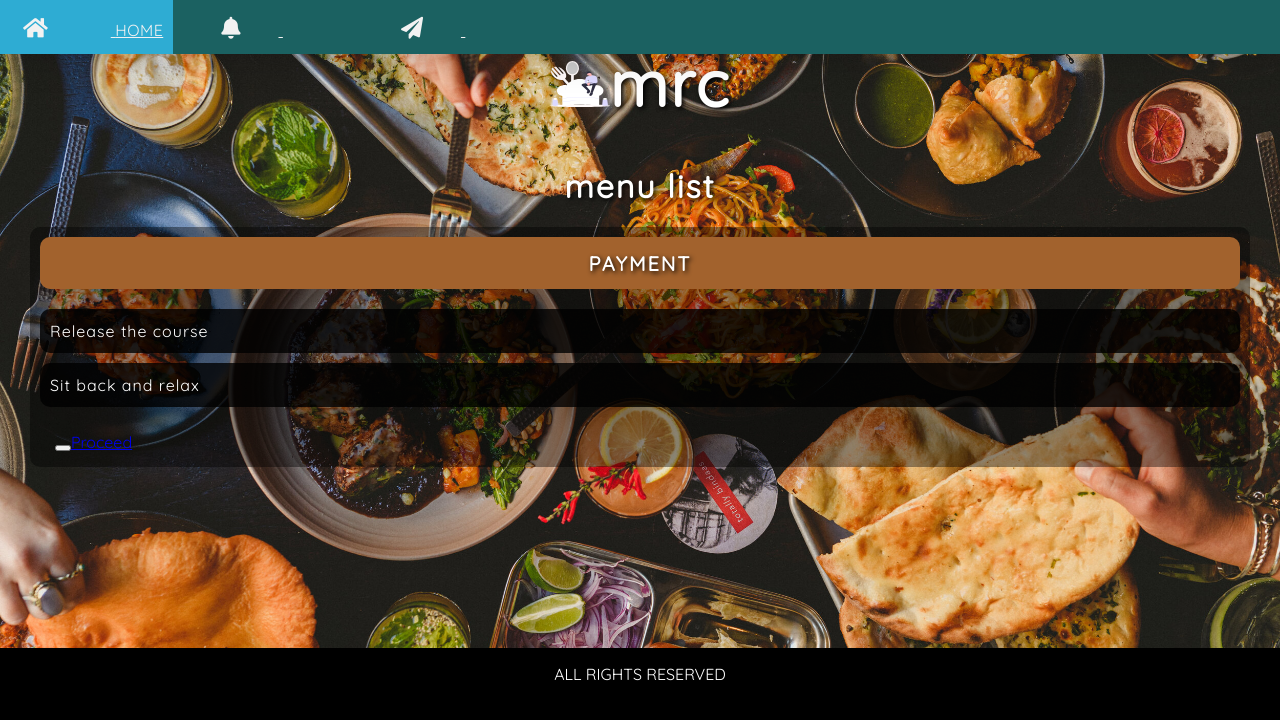
Repository: Anasooya2601/drag-and-drop
Page: home.html
An editor plug-in stored every save of this project. The page is shown before and after the next save, followed by the edit.
The browser window is 1280 px wide. The pictures show the whole page.
Some web libraries are served in a nearby version.

Above is the page before, as saved 2021-02-15 23:34:30.
Console error: TypeError: Cannot set properties of null (setting 'textContent')

### home.html
<!DOCTYPE html>
<html lang="en">
<head>
    <meta charset="UTF-8">
    <meta name="viewport" content="width=device-width, initial-scale=1.0">
    <title>mrc</title>
    <link rel="icon" type="image/png" href="favicon.png">
    <link rel="stylesheet" href="style.css">
    <link rel="stylesheet"
      href="https://use.fontawesome.com/releases/v5.8.1/css/all.css"
      integrity="sha384-50oBUHEmvpQ+1lW4y57PTFmhCaXp0ML5d60M1M7uH2+nqUivzIebhndOJK28anvf"
      crossorigin="anonymous">
</head>
<body>
    <h1 class="main-title1"> <img src="mrc.svg" width="60px" alt="" srcset="">mrc</h1>

    <h1 class="main-title">menu list</h1>
    <!-- NAV -->
<nav>
    <ul>
        <li>
            <a href="#">
                <i class="fas fa-home"></i>
                <span>HOME</span>
            </a>
        </li>
        <li>
            <a href="alerts.html">
                <i class="fas fa-bell"></i>
                <span>ALERTS</span>
            </a>
        </li>
        <li>
            <a href="chat.html">
                <i class="fas fa-paper-plane"></i>
                <span>CHAT</span>
            </a>
        </li>
    </ul>
</nav>
<div class="drag-container">
    <ul class="drag-list">
        <!-- Backlog Column -->
        <li class="drag-column backlog-column">
            <span class="header">
                <h1>PAYMENT</h1>
            </span>
            <!-- Backlog Content -->
            <div id="backlog-content" class="custom-scroll">
                <ul class="drag-item-list" id="backlog-list" ondrop="drop(event)" ondragover="allowDrop(event)" ondragenter="dragEnter(0)"></ul>
            </div>
            <div class="add-btn-group">
                <!-- <div class="add-btn" onclick="showInputBox(1)">
                    <span class="plus-sign">+</span>
                    <span>Add Item</span>
                </div> -->
                <div class="add-btn" onclick="showInputBox(1)">
                    <span class="plus-sign"></span>
                    <a href="payment.html"><button type="button"></button><span>Proceed</span></button></a>
                </div>
            </div>









        </li>
    </ul>
</div>
















    <!-- FOOTER -->
    <div class="footer">
        <p>ALL RIGHTS RESERVED</p>
      </div>
        <!-- Script -->
        <script src="script.js"></script>
</body>
</html>

### style.css
/* Trees Image - Pexels: https://www.pexels.com/photo/photo-of-trees-in-forest-3801030/ */
@import url("https://fonts.googleapis.com/css?family=Quicksand&display=swap");

html {
  box-sizing: border-box;
}

:root {
  --column-1: #a2622d;
  --column-2: #1b6161;
  --column-3: #248224;
  --column-4: #a22d22;
}

body {
  margin: 0;
  background: url("./mrc.jpg");
  background-size: cover;
  background-position: 50% 60%;
  background-attachment: fixed;
  color: white;
  font-family: Quicksand, sans-serif;
  overflow-y: hidden;
}
nav{
  top: 0px;
  position:fixed;
  display:flex;
  background:#1b6161;
  height:7.5%;
  width: 100%;
  line-height:60px;
  overflow: hidden;
  box-shadow:0 0 40px rgba(0, 0, 0, 0.2);
}
nav ul{
  display: flex;
  text-align: center;
}
nav ul li{
  cursor: pointer;
  height: 100%;
  padding: 0 10px;
  transition: .4s;
}
nav ul li:hover{background:#2eacd3;}
nav ul li a{color: #f2f2f2;}
nav ul li a span{
  position:obsolute;
  letter-spacing:.5px;
  transform: translateX(-70px);
  opacity: 0;
  pointer-events: none;
  transition: .4s all;
}
nav ul li a i{
  font-size: 22px;
  margin: 0 38px;
  transition: .4s all;
}
nav ul li:hover a span{
  transform: translateX(-55px);
  opacity: 1;
  pointer-events: visible;
}
nav ul li:hover a i{transform: translateX(-25px);}
h1 {
  letter-spacing: 2px;
  text-shadow: 2px 2px 5px black;
}

.main-title {
  text-align: center;
  font-size: 3rem;
}
.main-title1 {
  text-align: center;
  font-size: 4rem;
}

ul {
  list-style-type: none;
  margin: 0;
  padding: 0;
}

.drag-container {
  margin: 20px;
}

.drag-list {
  display: flex;
  align-items: flex-start;
}

/* Columns */
.drag-column {
flex: 1;
  margin: 0 10px;
  position: relative;
  background-color: rgba(0, 0, 0, 0.4);
  border-radius: 10px;
  overflow-x: hidden;
}

.backlog-column .header,
.backlog-column .solid,
.backlog-column .solid:hover,
.backlog-column .over {
  background-color: var(--column-1);
}

.progress-column .header,
.progress-column .solid,
.progress-column .solid:hover,
.progress-column .over {
  background-color: var(--column-2);
}

.complete-column .header,
.complete-column .solid,
.complete-column .solid:hover,
.complete-column .over {
  background-color: var(--column-3);
}

.on-hold-column .header,
.on-hold-column .solid,
.on-hold-column .solid:hover,
.on-hold-column .over {
  background-color: var(--column-4);
}

/* Custom Scrollbar */
.custom-scroll {
  overflow-y: auto;
  max-height: 75vh;
}

.custom-scroll::-webkit-scrollbar-track {
  box-shadow: inset 0 0 6px rgba(0, 0, 0, 0.4);
  border-radius: 10px;
  background-color: rgba(255, 255, 255, 0.3);
  margin-right: 5px;
}

.custom-scroll::-webkit-scrollbar {
  width: 10px;
}

.custom-scroll::-webkit-scrollbar-thumb {
  border-radius: 10px;
  box-shadow: inset 0 0 6px rgba(0, 0, 0, 0.3);
  background-color: rgba(0, 0, 0, 0.8);
}

.header {
  display: flex;
  justify-content: center;
  border-radius: 10px;
  margin: 10px;
}

.header h1 {
  font-size: 1.25rem;
}

/* Drag and Drop */
.over {
  padding: 50px 10px;
}

.drag-item-list {
  min-height: 50px;
}

.drag-item {
  margin: 10px;
  padding: 10px;
  height: fit-content;
  background-color: rgba(0, 0, 0, 0.8);
  border-radius: 10px;
  line-height: 1.5rem;
  letter-spacing: 1px;
  cursor: pointer;
}

.drag-item:focus {
  outline: none;
  background-color: white;
  color: black;
}

/* Add Button Group */
.add-btn-group {
  display: flex;
  justify-content: space-between;
}

.add-btn {
  margin: 10px;
  padding: 5px 10px;
  display: flex;
  align-items: center;
  cursor: pointer;
  width: fit-content;
  border-radius: 5px;
  transition: all 0.3s ease-in;
  user-select: none;
}

.add-btn:hover {
  background-color: rgba(255, 255, 255, 0.9);
  color: black;
}

.add-btn:active {
  transform: scale(0.97);
}

.solid {
  display: none;
}

.solid:hover {
  transition: unset;
  filter: brightness(95%);
  color: white;
}

.plus-sign {
  font-size: 1.5rem;
  margin-right: 5px;
  position: relative;
  top: -3px;
}

.add-container {
  margin: 10px;
  padding: 5px 10px;
  border-radius: 10px;
  background-color: rgba(255, 255, 255, 0.9);
  min-height: 100px;
  display: none;
}

.add-item {
  width: 100%;
  min-height: 100px;
  height: auto;
  background-color: white;
  border-radius: 10px;
  margin: 5px auto;
  resize: none;
  color: black;
  padding: 10px;
}

.add-item:focus {
  outline: none;
}

/* Media Query: Laptop */
@media screen and (max-width: 1800px) {
  .main-title {
    font-size: 2rem;
  }
}

/* Media Query: Large Smartphone (Vertical) */
@media screen and (max-width: 600px) {
  body {
    overflow-y: auto;
  }

  .drag-container {
    margin: 0;
  }

  .drag-list {
    display: block;
  }

  .drag-column {
    margin: 10px;
  }
}

.footer {
  position: fixed;
  left: 0;
  bottom: 0;
  width: 100%;
  height: 10%;
  background-color: black;
  color: white;
  position: flex;
  text-align: center;
}

### script.js
const addBtns = document.querySelectorAll('.add-btn:not(.solid)');
const saveItemBtns = document.querySelectorAll('.solid');
const addItemContainers = document.querySelectorAll('.add-container');
const addItems = document.querySelectorAll('.add-item');
// Item Lists
const listColumns = document.querySelectorAll('.drag-item-list');
const backlogListEl = document.getElementById('backlog-list');
const progressListEl = document.getElementById('progress-list');
const completeListEl = document.getElementById('complete-list');
const onHoldListEl = document.getElementById('on-hold-list');

// Items
let updatedOnLoad = false;

// Initialize Arrays
let backlogListArray = [];
let progressListArray = [];
let completeListArray = [];
let onHoldListArray = [];
let listArrays = [];

// Drag Functionality
let draggedItem;
let dragging = false;
let currentColumn;

// Get Arrays from localStorage if available, set default values if not
function getSavedColumns() {
  if (localStorage.getItem('backlogItems')) {
    backlogListArray = JSON.parse(localStorage.backlogItems);
    progressListArray = JSON.parse(localStorage.progressItems);
    completeListArray = JSON.parse(localStorage.completeItems);
    onHoldListArray = JSON.parse(localStorage.onHoldItems);
  } else {
    backlogListArray = ['Release the course', 'Sit back and relax'];
    progressListArray = ['Work on projects', 'Listen to music'];
    completeListArray = ['Being cool', 'Getting stuff done'];
    onHoldListArray = ['Being uncool'];
  }
}

// Set localStorage Arrays
function updateSavedColumns() {
  listArrays = [backlogListArray, progressListArray, completeListArray, onHoldListArray];
  const arrayNames = ['backlog', 'progress', 'complete', 'onHold'];
  arrayNames.forEach((arrayName, index) => {
    localStorage.setItem(`${arrayName}Items`, JSON.stringify(listArrays[index]));
  });
}

// Filter Array to remove empty values
function filterArray(array) {
  const filteredArray = array.filter(item => item !== null);
  return filteredArray;
}

// Create DOM Elements for each list item
function createItemEl(columnEl, column, item, index) {
  // List Item
  const listEl = document.createElement('li');
  listEl.textContent = item;
  listEl.id = index;
  listEl.classList.add('drag-item');
  listEl.draggable = true;
  listEl.setAttribute('onfocusout', `updateItem(${index}, ${column})`);
  listEl.setAttribute('ondragstart', 'drag(event)');
  listEl.contentEditable = true;
  // Append
  columnEl.appendChild(listEl);
}

// Update Columns in DOM - Reset HTML, Filter Array, Update localStorage
function updateDOM() {
  // Check localStorage once
  if (!updatedOnLoad) {
    getSavedColumns();
  }
  // Backlog Column
  backlogListEl.textContent = '';
  backlogListArray.forEach((backlogItem, index) => {
    createItemEl(backlogListEl, 0, backlogItem, index);
  });
  backlogListArray = filterArray(backlogListArray);
  // Progress Column
  progressListEl.textContent = '';
  progressListArray.forEach((progressItem, index) => {
    createItemEl(progressListEl, 1, progressItem, index);
  });
  progressListArray = filterArray(progressListArray);
  // Complete Column
  completeListEl.textContent = '';
  completeListArray.forEach((completeItem, index) => {
    createItemEl(completeListEl, 2, completeItem, index);
  });
  completeListArray = filterArray(completeListArray);
  // On Hold Column
  onHoldListEl.textContent = '';
  onHoldListArray.forEach((onHoldItem, index) => {
    createItemEl(onHoldListEl, 3, onHoldItem, index);
  });
  onHoldListArray = filterArray(onHoldListArray);
  // Don't run more than once, Update Local Storage
  updatedOnLoad = true;
  updateSavedColumns();
}

// Update Item - Delete if necessary, or update Array value
function updateItem(id, column) {
  const selectedArray = listArrays[column];
  const selectedColumn = listColumns[column].children;
  if (!dragging) {
    if (!selectedColumn[id].textContent) {
      delete selectedArray[id];
    } else {
      selectedArray[id] = selectedColumn[id].textContent;
    }
    updateDOM();
  }
}

// Add to Column List, Reset Textbox
function addToColumn(column) {
  const itemText = addItems[column].textContent;
  const selectedArray = listArrays[column];
  selectedArray.push(itemText);
  addItems[column].textContent = '';
  updateDOM(column);
}

// Show Add Item Input Box
function showInputBox(column) {
  addBtns[column].style.visibility = 'hidden';
  saveItemBtns[column].style.display = 'flex';
  addItemContainers[column].style.display = 'flex';
}

// Hide Item Input Box
function hideInputBox(column) {
  addBtns[column].style.visibility = 'visible';
  saveItemBtns[column].style.display = 'none';
  addItemContainers[column].style.display = 'none';
  addToColumn(column);
}

// Allows arrays to reflect Drag and Drop items
function rebuildArrays() {
  backlogListArray = [];
  for (let i = 0; i < backlogListEl.children.length; i++) {
    backlogListArray.push(backlogListEl.children[i].textContent);
  }
  progressListArray = [];
  for (let i = 0; i < progressListEl.children.length; i++) {
    progressListArray.push(progressListEl.children[i].textContent);
  }
  completeListArray = [];
  for (let i = 0; i < completeListEl.children.length; i++) {
    completeListArray.push(completeListEl.children[i].textContent);
  }
  onHoldListArray = [];
  for (let i = 0; i < onHoldListEl.children.length; i++) {
    onHoldListArray.push(onHoldListEl.children[i].textContent);
  }
  updateDOM();
}

// When Item Enters Column Area
function dragEnter(column) {
  listColumns[column].classList.add('over');
  currentColumn = column;
}

// When Item Starts Dragging
function drag(e) {
  draggedItem = e.target;
  dragging = true;
}

// Column Allows for Item to Drop
function allowDrop(e) {
  e.preventDefault();
}

// Dropping Item in Column
function drop(e) {
  e.preventDefault();
  const parent = listColumns[currentColumn];
  // Remove Background Color/Padding
  listColumns.forEach((column) => {
    column.classList.remove('over');
  });
  // Add item to Column
  parent.appendChild(draggedItem);
  // Dragging complete
  dragging = false;
  rebuildArrays();
}

// On Load
updateDOM();

After the next save:
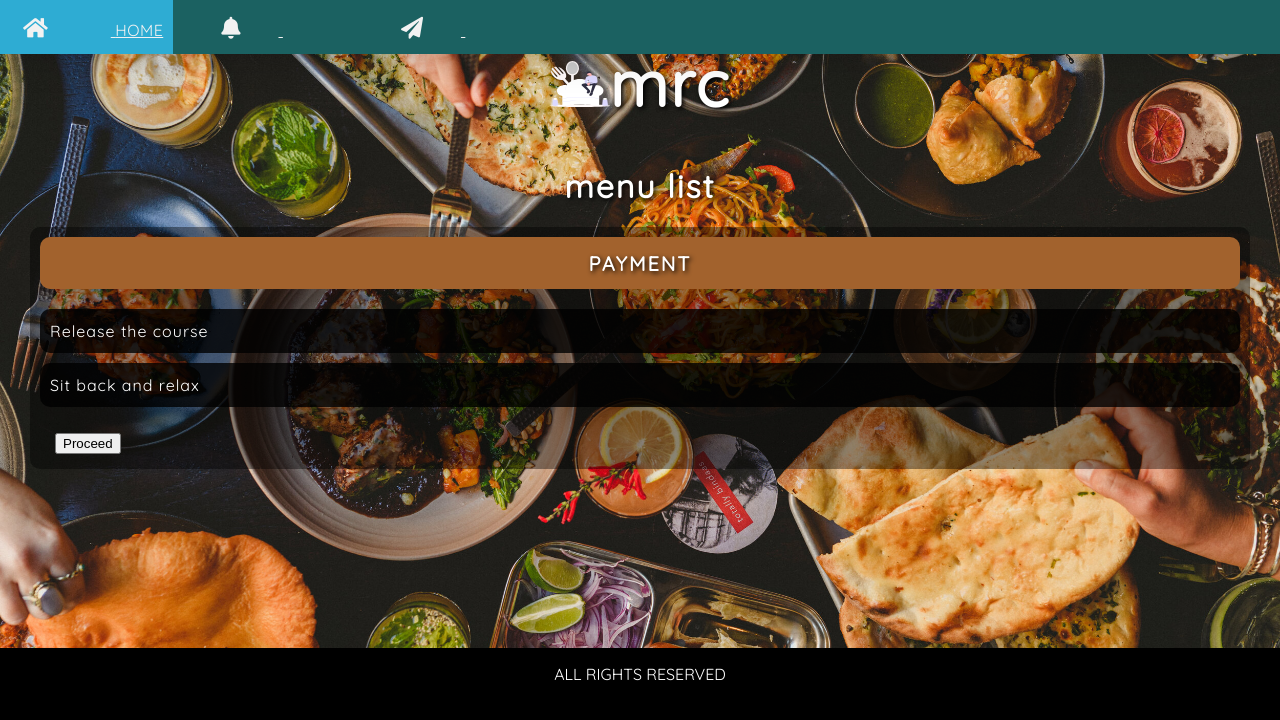
Saved 20 s later.
--- a/home.html
+++ b/home.html
@@ -56,7 +56,7 @@
                 </div> -->
                 <div class="add-btn" onclick="showInputBox(1)">
                     <span class="plus-sign"></span>
-                    <a href="payment.html"><button type="button"></button><span>Proceed</span></button></a>
+                    <a href="payment.html"><button type="button">Proceed</button></a>
                 </div>
             </div>
 
